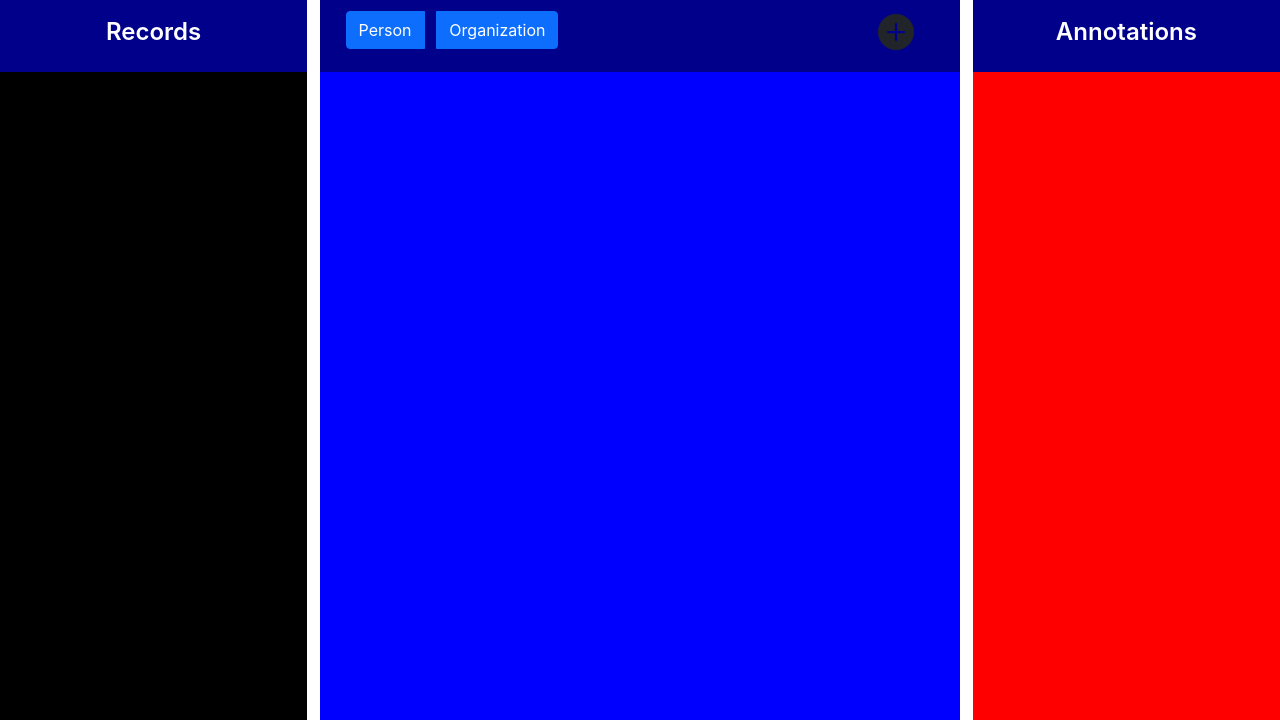
Repository: napan24/classforma_assignment
Page: / (app in client/)
An editor plug-in stored every save of this project. The page is shown before and after the next save, followed by the edit.
The browser window is 1280 px wide. The pictures show the whole page.
The project was rebuilt for these pictures with package versions that can differ from the ones it lists, and the page was loaded fresh each time. Also part of the build but not shown: client/src/App.css.

Above is the page before, as saved 2022-07-19 17:06:10.

### client/public/index.html
<!DOCTYPE html>
<html lang="en">
  <head>
    <meta charset="utf-8" />
    <link rel="icon" href="%PUBLIC_URL%/favicon.ico" />
    <meta name="viewport" content="width=device-width, initial-scale=1" />
    <meta name="theme-color" content="#000000" />
    <meta
      name="description"
      content="Web site created using create-react-app"
    />
    <link href="https://cdn.jsdelivr.net/npm/bootstrap@5.1.3/dist/css/bootstrap.min.css" rel="stylesheet" integrity="sha384-1BmE4kWBq78iYhFldvKuhfTAU6auU8tT94WrHftjDbrCEXSU1oBoqyl2QvZ6jIW3" crossorigin="anonymous">
    <link rel="apple-touch-icon" href="%PUBLIC_URL%/logo192.png" />
    <!--
      manifest.json provides metadata used when your web app is installed on a
      user's mobile device or desktop. See https://developers.google.com/web/fundamentals/web-app-manifest/
    -->
    <link rel="manifest" href="%PUBLIC_URL%/manifest.json" />
    <!--
      Notice the use of %PUBLIC_URL% in the tags above.
      It will be replaced with the URL of the `public` folder during the build.
      Only files inside the `public` folder can be referenced from the HTML.

      Unlike "/favicon.ico" or "favicon.ico", "%PUBLIC_URL%/favicon.ico" will
      work correctly both with client-side routing and a non-root public URL.
      Learn how to configure a non-root public URL by running `npm run build`.
    -->
    <title>React App</title>
  </head>
  <body>
    <noscript>You need to enable JavaScript to run this app.</noscript>
    <div id="root"></div>
    <!--
      This HTML file is a template.
      If you open it directly in the browser, you will see an empty page.

      You can add webfonts, meta tags, or analytics to this file.
      The build step will place the bundled scripts into the <body> tag.

      To begin the development, run `npm start` or `yarn start`.
      To create a production bundle, use `npm run build` or `yarn build`.
    -->
    <script src="https://cdn.jsdelivr.net/npm/bootstrap@5.1.3/dist/js/bootstrap.bundle.min.js" integrity="sha384-ka7Sk0Gln4gmtz2MlQnikT1wXgYsOg+OMhuP+IlRH9sENBO0LRn5q+8nbTov4+1p" crossorigin="anonymous"></script>
  </body>
</html>

### client/src/App.js
import logo from './logo.svg';
import './App.css';
import Home from './Home';

function App() {
  return (
    <>
      <Home></Home>
    </>
  );
}

export default App;

### client/src/Home.js
import React from 'react'

const Home = () => {
    return (
        <>
            <div style={{ display: 'flex', width: "100vw", height: "100vh" }}>
                <div style={{ width: "24vw", height: "100vh", backgroundColor: "black", marginRight: "1vw" }}>
                    <div style={{ width: "24vw", height: "10vh", backgroundColor: "#00008b", textAlign: 'center', fontSize: '150%', color: "white", fontWeight: "600", position: "fixed" }}>
                        <p style={{ marginTop: "2vh" }}>
                            Records
                        </p>
                    </div>
                    <div>

                    </div>
                </div>
                <div style={{ width: "50vw", height: "100vh", backgroundColor: "blue", marginRight: "1vw" }}>
                    <div style={{ width: "50vw", height: "10vh", backgroundColor: "#00008b",position:'relative' }}>
                        <div class="btn-group" style={{ marginTop: "1.5vh", marginLeft: "2vw" }}>
                            <button type="button" class="btn btn-primary" style={{ marginRight: "1vw" }}>Person</button>
                            <button type="button" class="btn btn-primary">Organization</button>
                        </div>
                        <svg style={{width:"20%",height:"50%",marginTop:'2vh',position:"absolute",right:"0"}} xmlns="http://www.w3.org/2000/svg" fill="currentColor" class="bi bi-plus-circle-fill" viewBox="0 0 16 16">
                            <path d="M16 8A8 8 0 1 1 0 8a8 8 0 0 1 16 0zM8.5 4.5a.5.5 0 0 0-1 0v3h-3a.5.5 0 0 0 0 1h3v3a.5.5 0 0 0 1 0v-3h3a.5.5 0 0 0 0-1h-3v-3z" />
                        </svg>
                    </div>
                    <div>

                    </div>
                </div>
                <div style={{ width: "24vw", height: "100vh", backgroundColor: "red" }}>
                    <div style={{ width: "24vw", height: "10vh", backgroundColor: "#00008b", textAlign: 'center', fontSize: '150%', color: "white", fontWeight: "600", position: "fixed" }}>
                        <p style={{ marginTop: "2vh" }}>
                            Annotations
                        </p>
                    </div>
                    <div>

                    </div>
                </div>
            </div>
        </>
    )
}

export default Home

Loaded but not shown: client/src/index.js (common file); client/src/index.css (common file); client/src/reportWebVitals.js (common file)

After the next save:
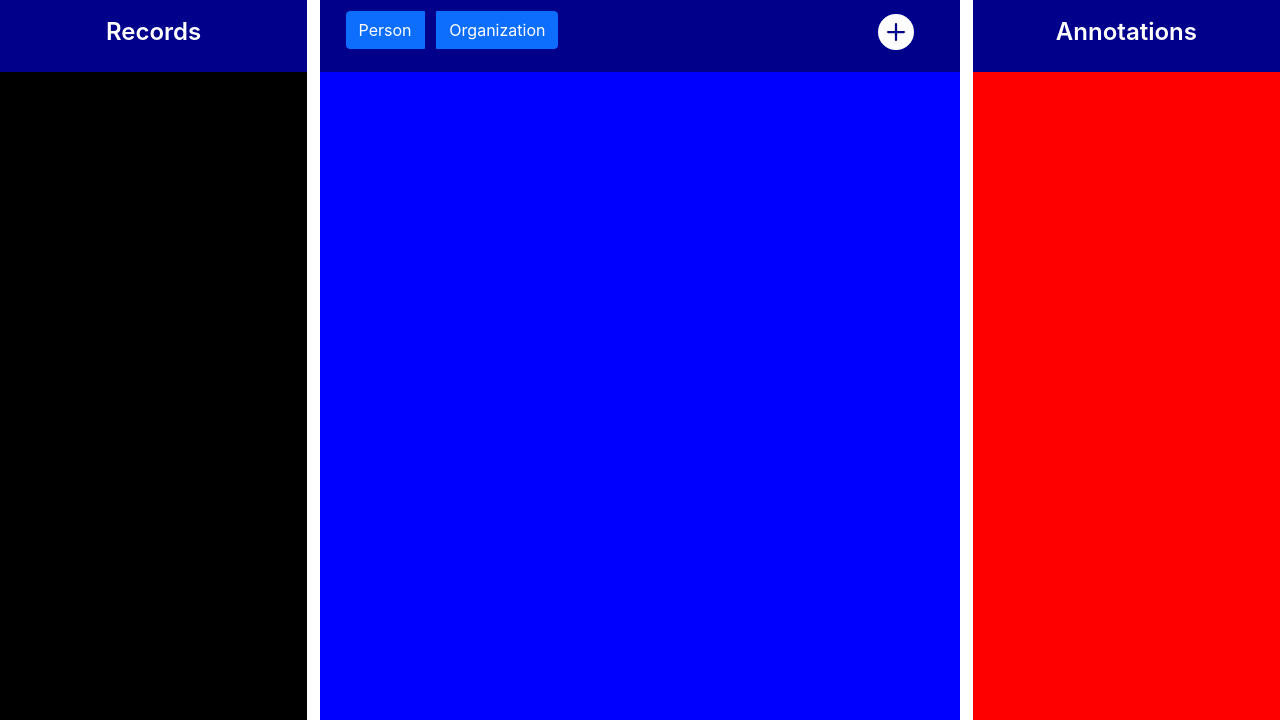
Saved 12 s later.
--- a/client/src/Home.js
+++ b/client/src/Home.js
@@ -20,7 +20,7 @@ const Home = () => {
                             <button type="button" class="btn btn-primary" style={{ marginRight: "1vw" }}>Person</button>
                             <button type="button" class="btn btn-primary">Organization</button>
                         </div>
-                        <svg style={{width:"20%",height:"50%",marginTop:'2vh',position:"absolute",right:"0"}} xmlns="http://www.w3.org/2000/svg" fill="currentColor" class="bi bi-plus-circle-fill" viewBox="0 0 16 16">
+                        <svg style={{width:"20%",height:"50%",marginTop:'2vh',position:"absolute",right:"0",color:"white"}} xmlns="http://www.w3.org/2000/svg" fill="currentColor" class="bi bi-plus-circle-fill" viewBox="0 0 16 16">
                             <path d="M16 8A8 8 0 1 1 0 8a8 8 0 0 1 16 0zM8.5 4.5a.5.5 0 0 0-1 0v3h-3a.5.5 0 0 0 0 1h3v3a.5.5 0 0 0 1 0v-3h3a.5.5 0 0 0 0-1h-3v-3z" />
                         </svg>
                     </div>
